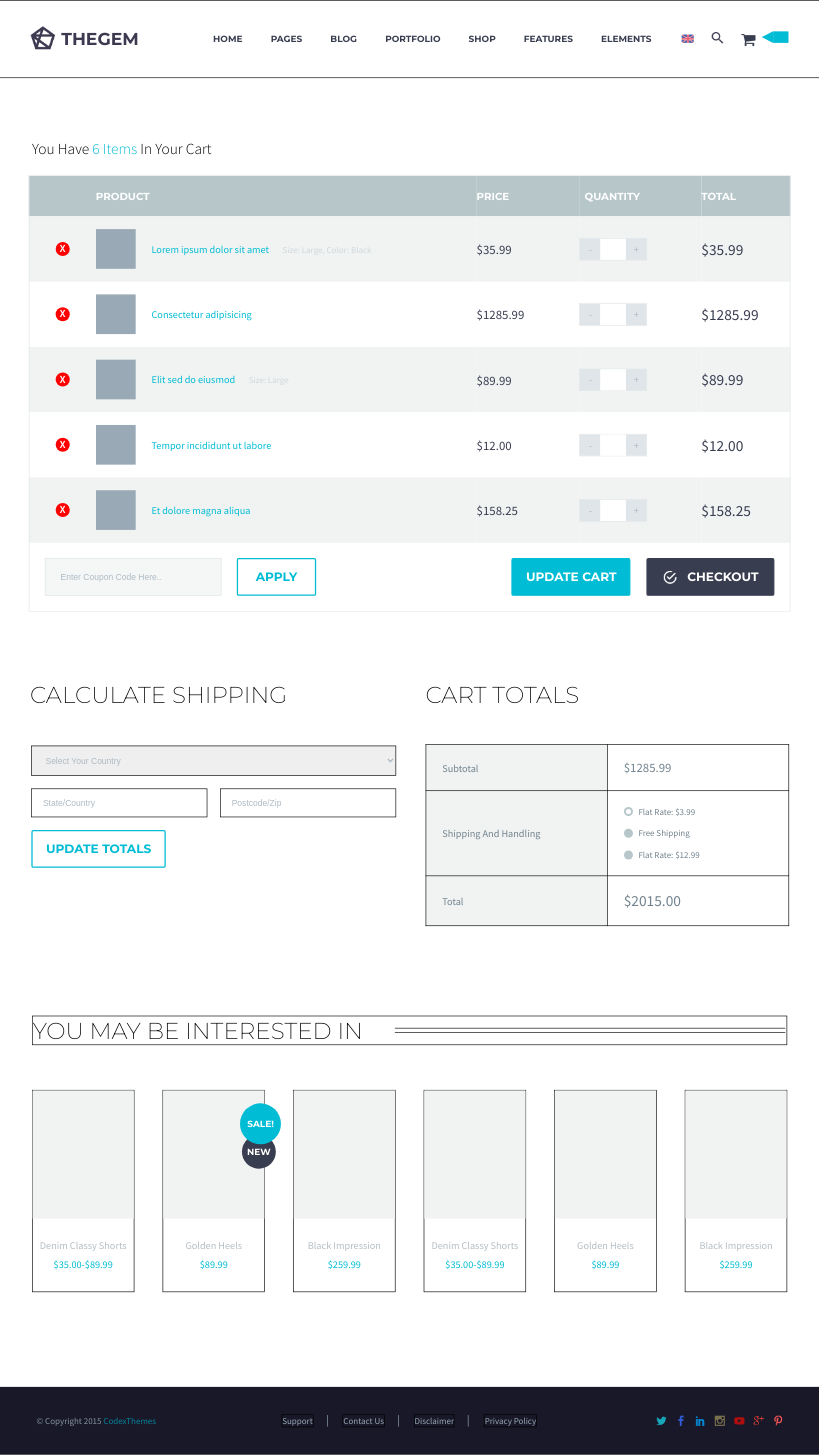
Repository: flylessbird/shop_cart
Page: html/page.html
An editor plug-in stored every save of this project. The page is shown before and after a run of saves, followed by the edit.
The browser window is 1280 px wide. The pictures show the whole page, at 64% of full size.
The style sheet was rebuilt from its Sass, Less or Tailwind sources for each picture, by a compiler version that may differ from the author's.

Above is the page before, as saved 2022-05-14 20:19:49.

After the next 3 saves:
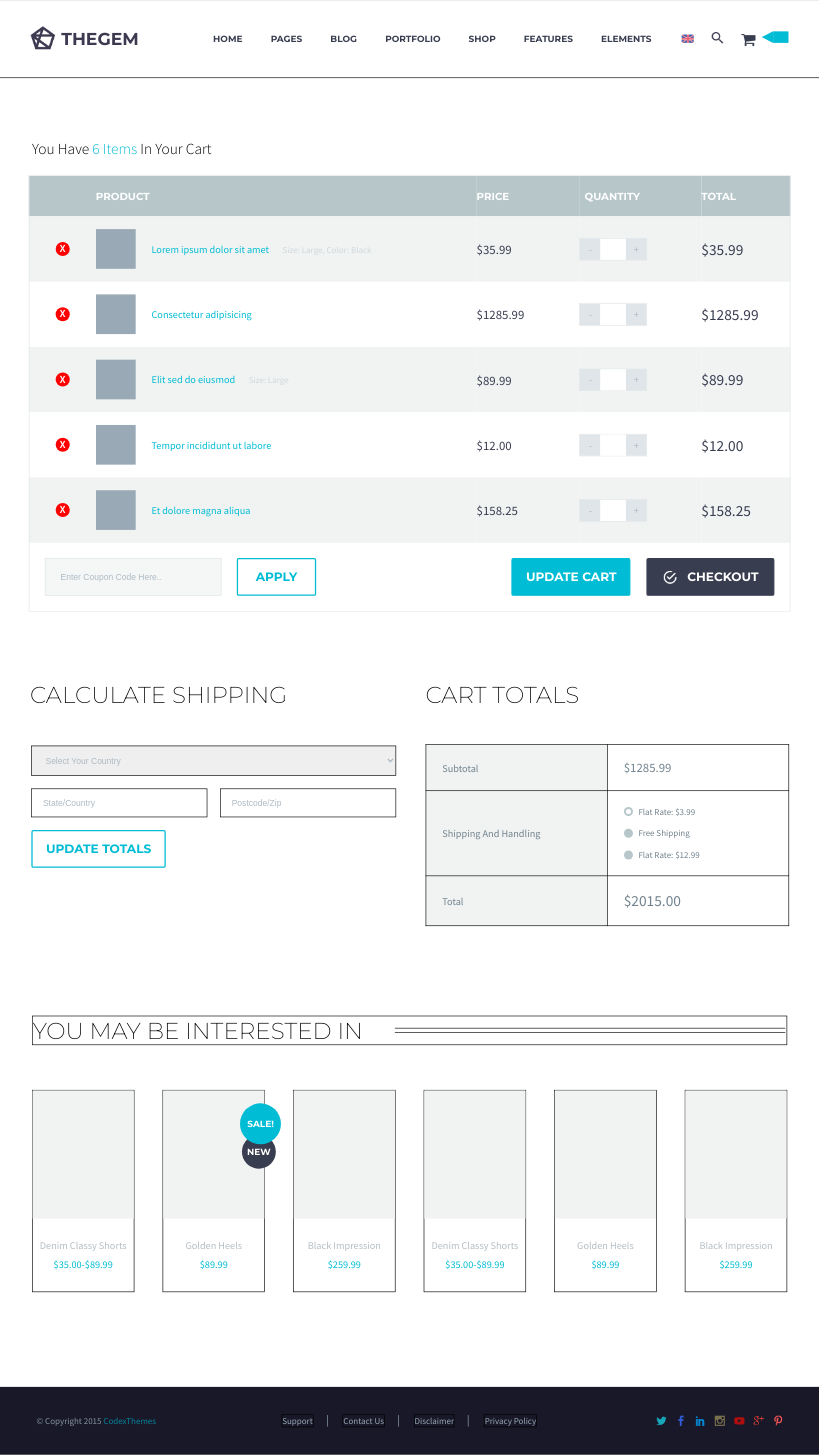
The 3 saves are shown as one change because they came seconds apart.
The last was saved 8 s later.
--- a/css/page.scss
+++ b/css/page.scss
@@ -16,7 +16,7 @@
   justify-content: center;
   align-items: center;
   margin: 0 auto;
-  border-top: 1px solid black;
+  border-top: 1px solid $grey_bd;
   border-bottom: 1px solid black;
   ul {
     display: flex;
